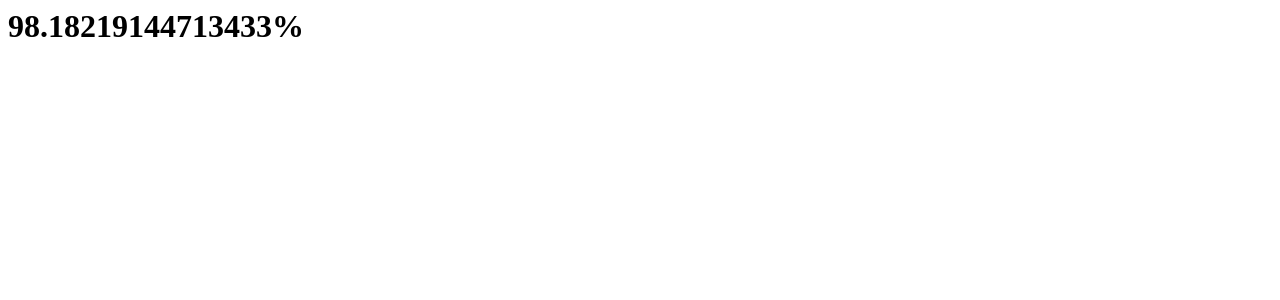
Repository: end888160/end888160.github.io
Page: test.html
These files come from the project's save history. The page is drawn as it stood at one moment and after the next save; the edit follows.
The browser window is 1280 px wide. The pictures show the whole page.

Above is the page before, as saved 2024-09-21 21:06:11.

### test.html
<h1 id="test"></h1>
<h2 id="debug"></h2>
<script>
	var countDownTarget = 2025
	function percent() {
		var target = new Date("Jan 1, " + countDownTarget + " 00:00:00").getTime();
		var current = new Date().getTime();
		document.getElementById("test").innerHTML = current / target * 100 + "%"
		setTimeout(percent, 1);
	}
	percent()
</script>

After the next save:
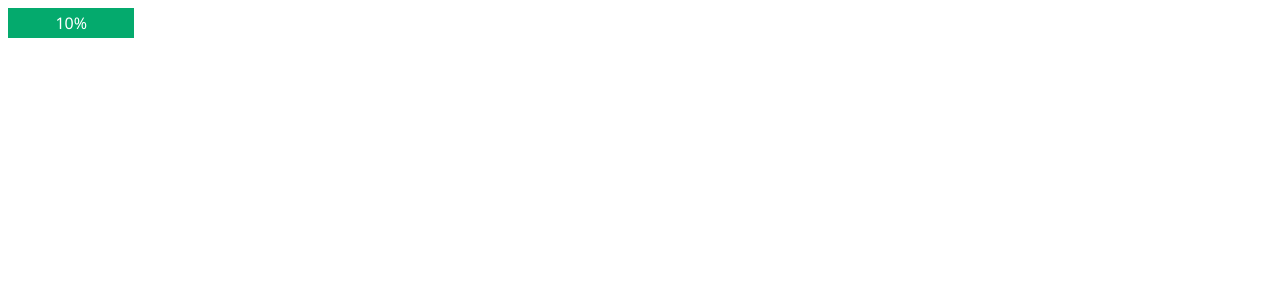
Saved 7 min 12 s later.
--- a/test.html
+++ b/test.html
@@ -1,12 +1,40 @@
+
+<style>
+	html {
+		font-family: 'Segoe UI', Tahoma, Geneva, Verdana, sans-serif;
+	}
+	#myBar {
+  width: 10%;
+  height: 30px;
+  background-color: #04AA6D;
+  text-align: center; /* To center it horizontally (if you want) */
+  line-height: 30px; /* To center it vertically */
+  color: white;
+}
+</style>
+
 <h1 id="test"></h1>
 <h2 id="debug"></h2>
+<div id="myProgress">
+	<div id="myBar">10%</div>
+  </div>
 <script>
-	var countDownTarget = 2025
-	function percent() {
-		var target = new Date("Jan 1, " + countDownTarget + " 00:00:00").getTime();
-		var current = new Date().getTime();
-		document.getElementById("test").innerHTML = current / target * 100 + "%"
-		setTimeout(percent, 1);
-	}
-	percent()
-</script>
+	var i = 0;
+function move() {
+  if (i == 0) {
+    i = 1;
+    var elem = document.getElementById("myBar");
+    var width = 10;
+    var id = setInterval(frame, 10);
+    function frame() {
+      if (width >= 100) {
+        clearInterval(id);
+        i = 0;
+      } else {
+        width++;
+        elem.style.width = width + "%";
+        elem.innerHTML = width + "%";
+      }
+    }
+  }
+}
